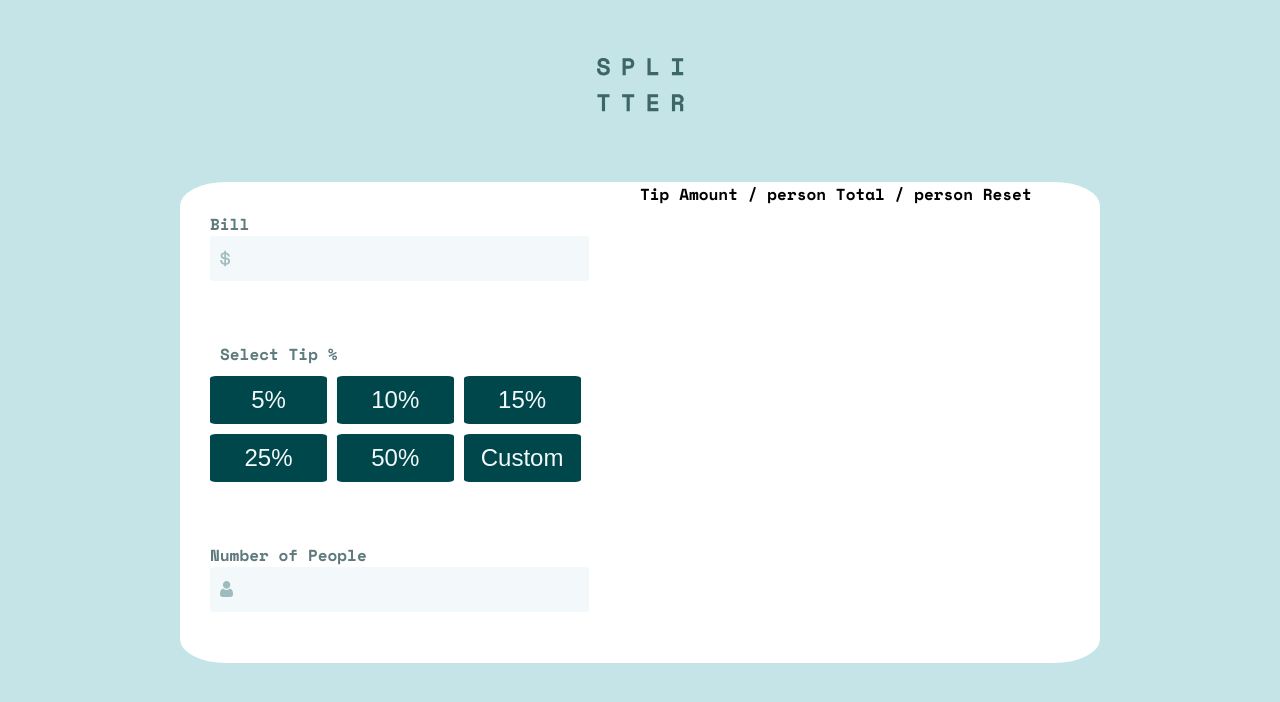
Repository: Arkitecth/tip-calculator
Page: index.html
An editor plug-in stored every save of this project. The page is shown before and after the next save, followed by the edit.
The browser window is 1280 px wide. The pictures show the whole page.

Above is the page before, as saved 2023-06-09 18:18:11.

After the next save:
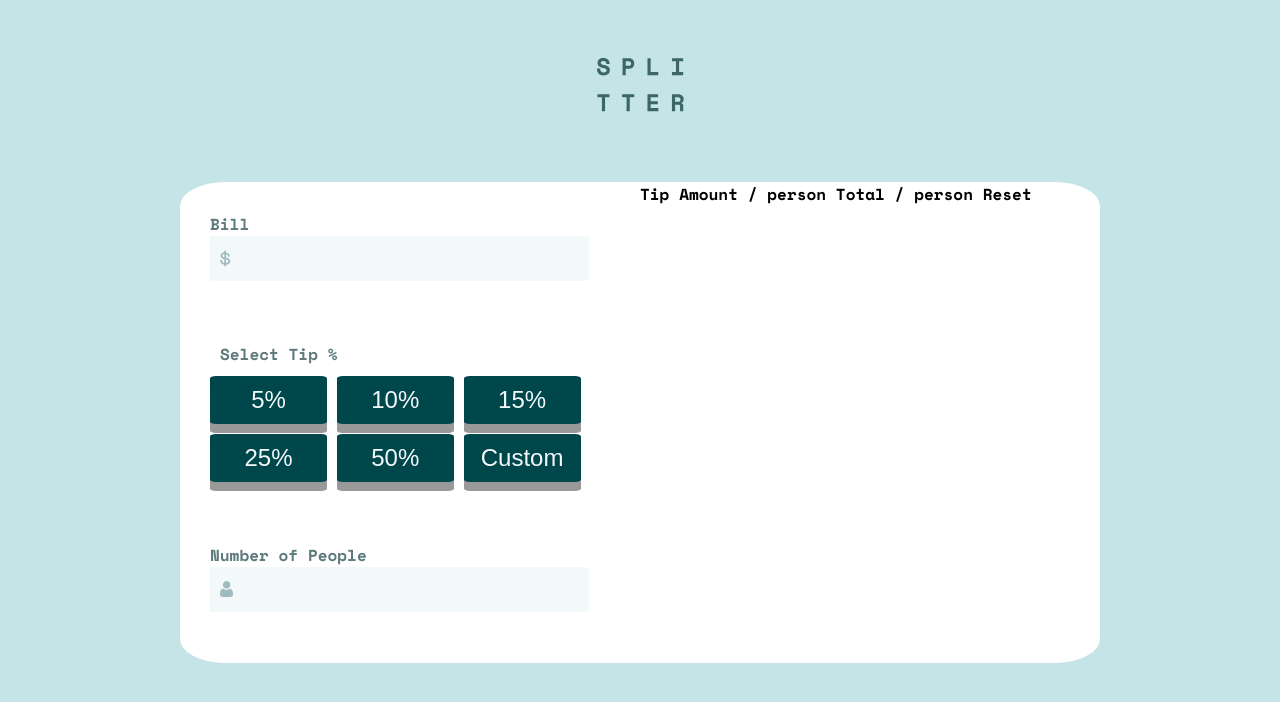
Saved 72 s later.
--- a/styles.css
+++ b/styles.css
@@ -79,6 +79,7 @@
     margin-bottom: 10px;
     background-color:#00474B;
     color: #f3F9FA;
+    box-shadow: 0 9px #999;
     font-size: 1.5rem;
     border: none;
     border-radius: 5%;
